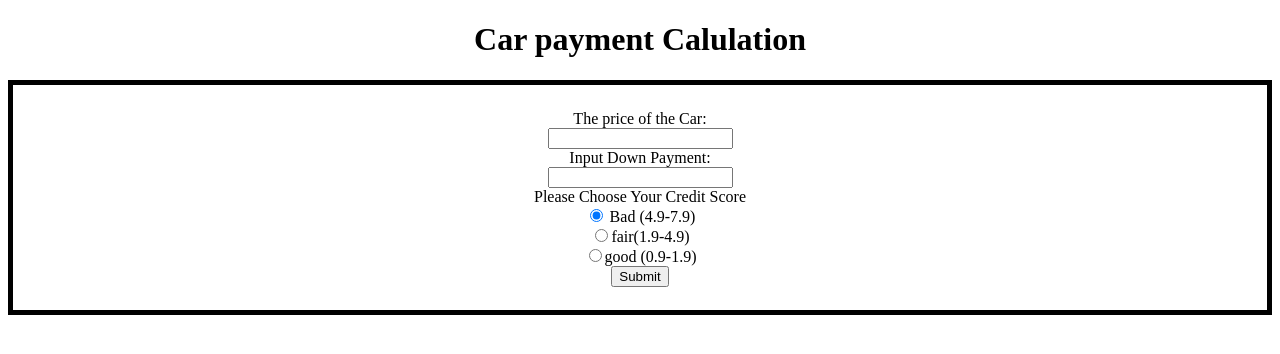
Repository: Lpanglb/COSW30
Page: http://localhost/Homework/HW5/Form.php
The author's editor kept a record of every edit. The page is drawn from the files as they stood at one moment, then again after the next edit.
The browser window is 1280 px wide. The pictures show the whole page.
The page is run by PHP 8.4 with error messages shown; the project is at /var/www/html/.

Above is the page before.

After the next edit:
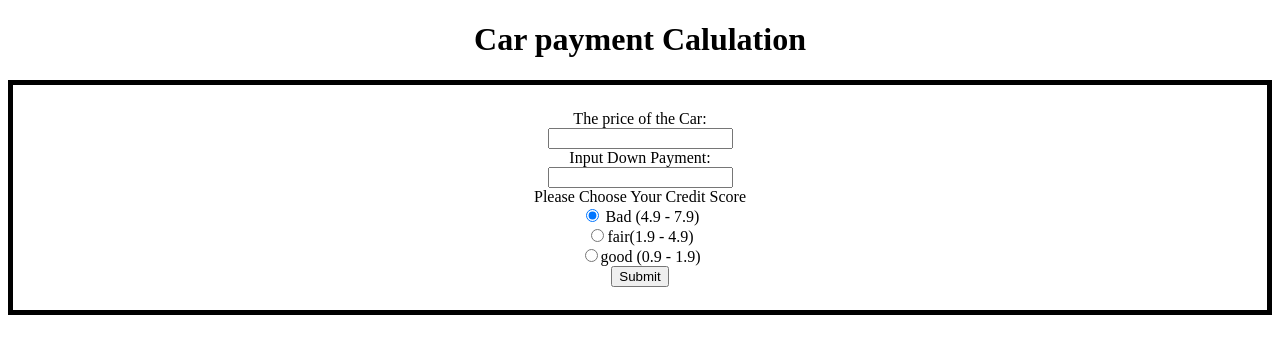
The edit:
--- a/Homework/HW5/Form.php
+++ b/Homework/HW5/Form.php
@@ -16,9 +16,9 @@
                  <input type = "number" name = "number2" id = "number2"  required><br>
 
                 <label for = "operation">Please Choose Your Credit Score<br></label>
-                      <input type="radio" name="operation" value="bad" checked> Bad (4.9-7.9)<br>
-                      <input type="radio" name="operation" value="fair">fair(1.9-4.9)<br>
-                      <input type="radio" name="operation" value="good">good (0.9-1.9) <br>
+                      <input type="radio" name="operation" value="bad" checked> Bad (4.9 - 7.9)<br>
+                      <input type="radio" name="operation" value="fair">fair(1.9 - 4.9)<br>
+                      <input type="radio" name="operation" value="good">good (0.9 - 1.9) <br>
 
                 <button>Submit</button>
 
